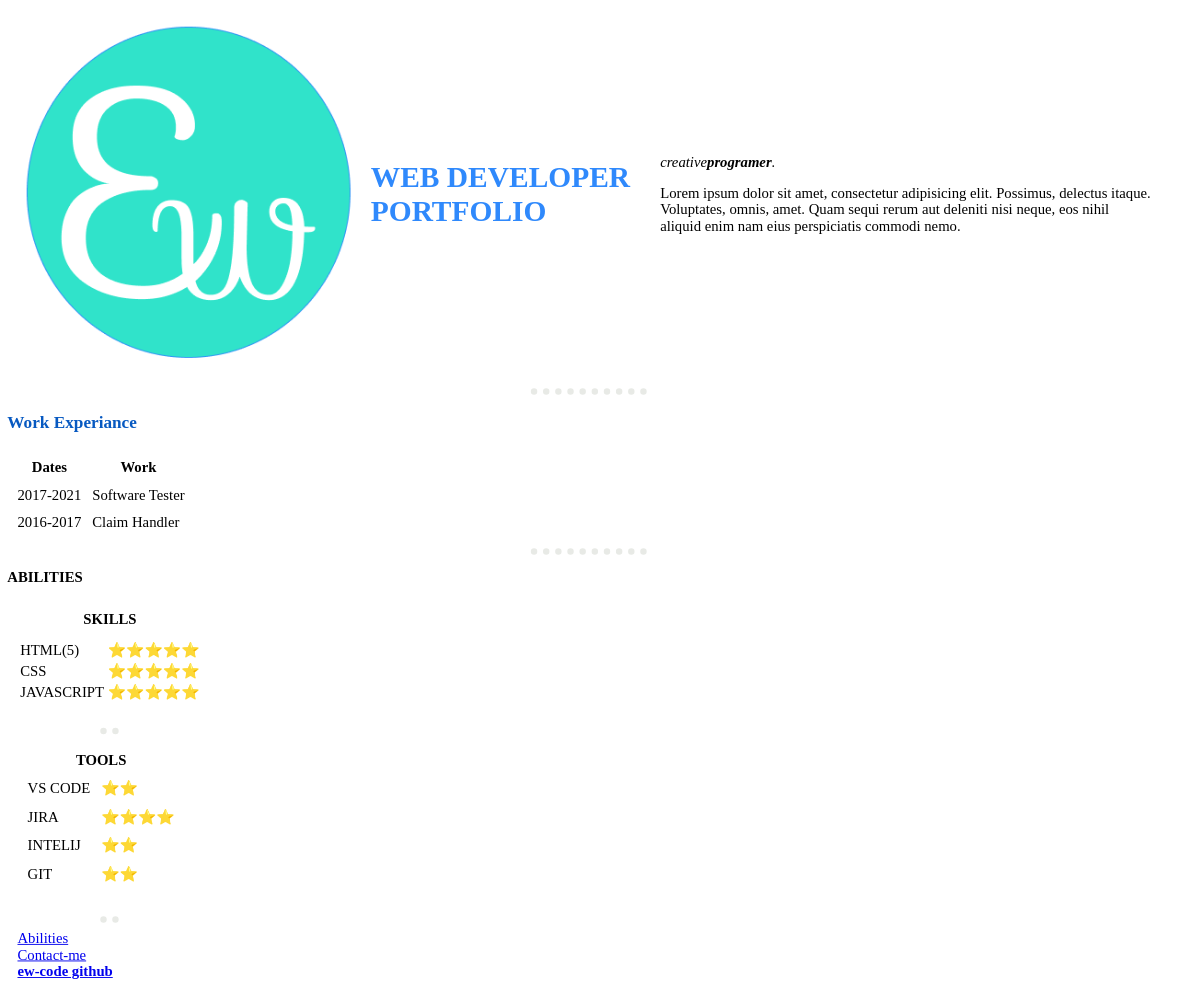
Repository: ew-code/Web-Development
Page: HTML - Personal Site/index.html
The author's editor kept a copy of each file at every save. The page is drawn from the files as they stood at one save, then again after the next save.
The browser window is 1280 px wide. The pictures show the whole page, at 92% of full size.

Above is the page before, as saved 2021-01-06 22:29:16.

### HTML - Personal Site/index.html
<!DOCTYPE html>
<html lang="en" dir="ltr">

<head>
  <meta charset="utf-8"> <!-- dopracować meta description dla silników wyszukiwarek-->
  <title>Personal Site</title>
  <link rel="stylesheet" href="css/styles.css">
</head>

<body>
  <table cellspacing="20">
    <tr>
      <td><img src="images/Frame 1.png" alt="dot"></td>
      <td>
        <h1>WEB DEVELOPER PORTFOLIO</h1>
      </td>
      <td>
        <p><em>creative<strong>programer</strong>.</em></p>
        <p>Lorem ipsum dolor sit amet, consectetur adipisicing elit. Possimus, delectus itaque. Voluptates, omnis, amet.
          Quam sequi rerum aut deleniti nisi neque, eos nihil aliquid enim nam eius perspiciatis commodi nemo.</p>
      </td>
    </tr>
  </table>

  <hr>

  <h3>Work Experiance</h3>
  <table cellspacing="10">
    <thead>
      <tr>
        <th>Dates</th>
        <th>Work</th>
      </tr>
    </thead>
    <tbody>
      <tr>
        <td>2017-2021</td>
        <td>Software Tester</td>
      </tr>
    </tbody>
    <tbody>
      <tr>
        <td>2016-2017</td>
        <td>Claim Handler</td>
      </tr>
    </tbody>
  </table>

  <hr>

    <p><strong>ABILITIES</strong></p>

  <table cellspacing="10">
    <thead>
      <tr>
        <th colspan="2">SKILLS</th>
      </tr>
    </thead>
    <tr>
      <td>
        <table>
          <tr>
            <td>HTML(5)</td>
            <td>⭐⭐⭐⭐⭐</td>
          </tr>
          <tr>
            <td>CSS</td>
            <td>⭐⭐⭐⭐⭐</td>
          </tr>
          <tr>
            <td>JAVASCRIPT</td>
            <td>⭐⭐⭐⭐⭐</td>
          </tr>
        </table>

        <br>

      <hr>

        <table cellspacing="10">
          <thead>
            <tr>
              <th colspan="2">TOOLS</th>
            </tr>
          </thead>
          <tbody>
            <tr>
              <td>VS CODE</td>
              <td>⭐⭐</td>
            </tr>
            <tr>
              <td>JIRA</td>
              <td>⭐⭐⭐⭐</td>
            </tr>
            <tr>
              <td>INTELIJ</td>
              <td>⭐⭐</td>
            </tr>
            <tr>
              <td>GIT</td>
              <td>⭐⭐</td>
            </tr>
          </tbody>
        </table>
  <br>

  <hr>

  <a href="abilities.html">Abilities</a>
  <br>
  <a href="contact.html">Contact-me</a>
  <br>
  <strong><a href="https://github.com/ew-code">ew-code github</a></strong>
</body>

</html>

### HTML - Personal Site/css/styles.css
  body {
      background-color: white;
  }

h1 {
    color: #2F89FC;
}

h3 {
    color: #0759C1;
}
  hr {
      border-style: none;
      border-top-style: dotted;
      border-color: #e8eae6;
      border-width: 7px;
      width: 10%;
  }

After the next save:
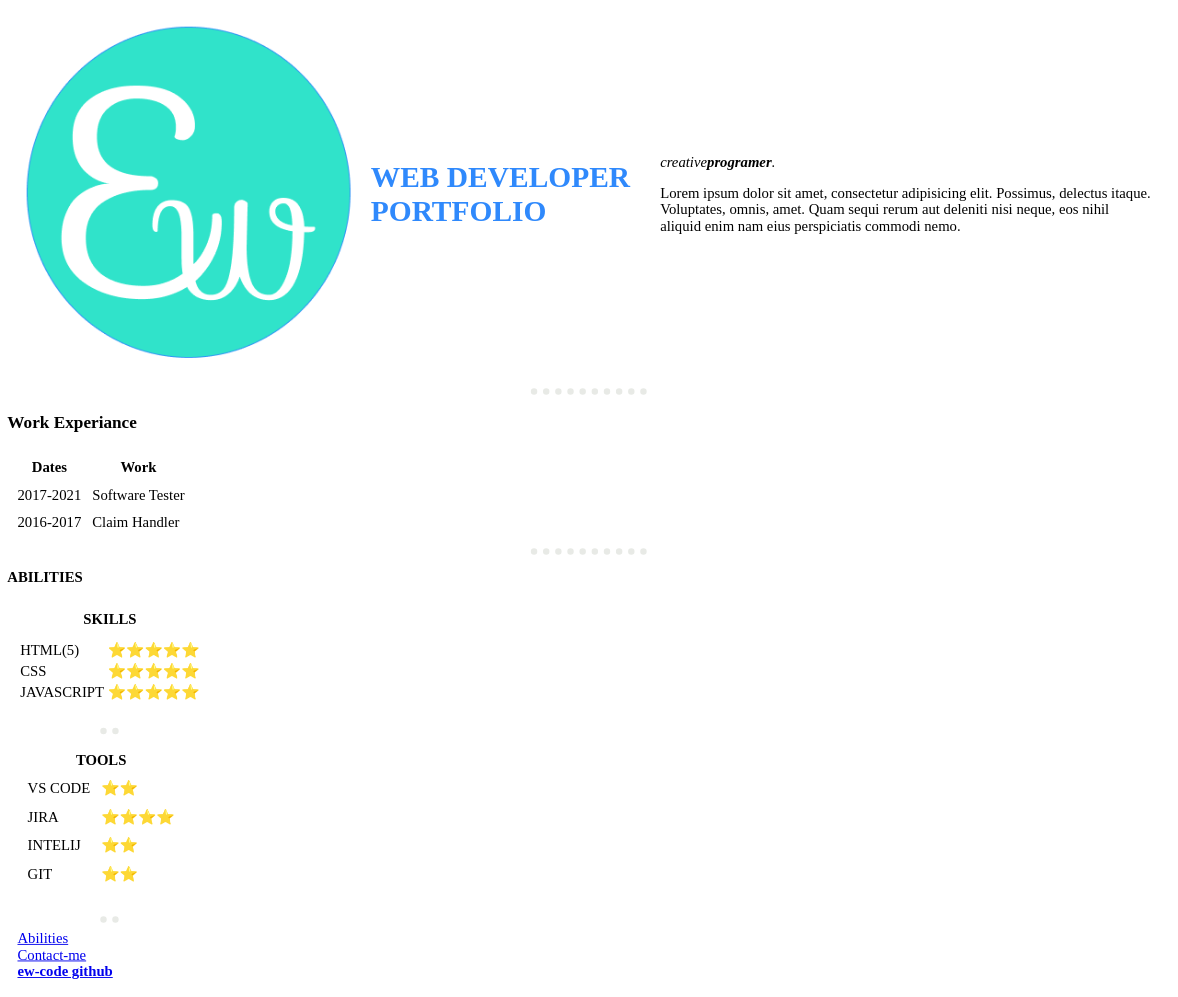
Saved 89 s later.
--- a/HTML - Personal Site/css/styles.css
+++ b/HTML - Personal Site/css/styles.css
@@ -7,7 +7,7 @@ h1 {
 }
 
 h3 {
-    color: #0759C1;
+    color: 2F89FC;
 }
   hr {
       border-style: none;
